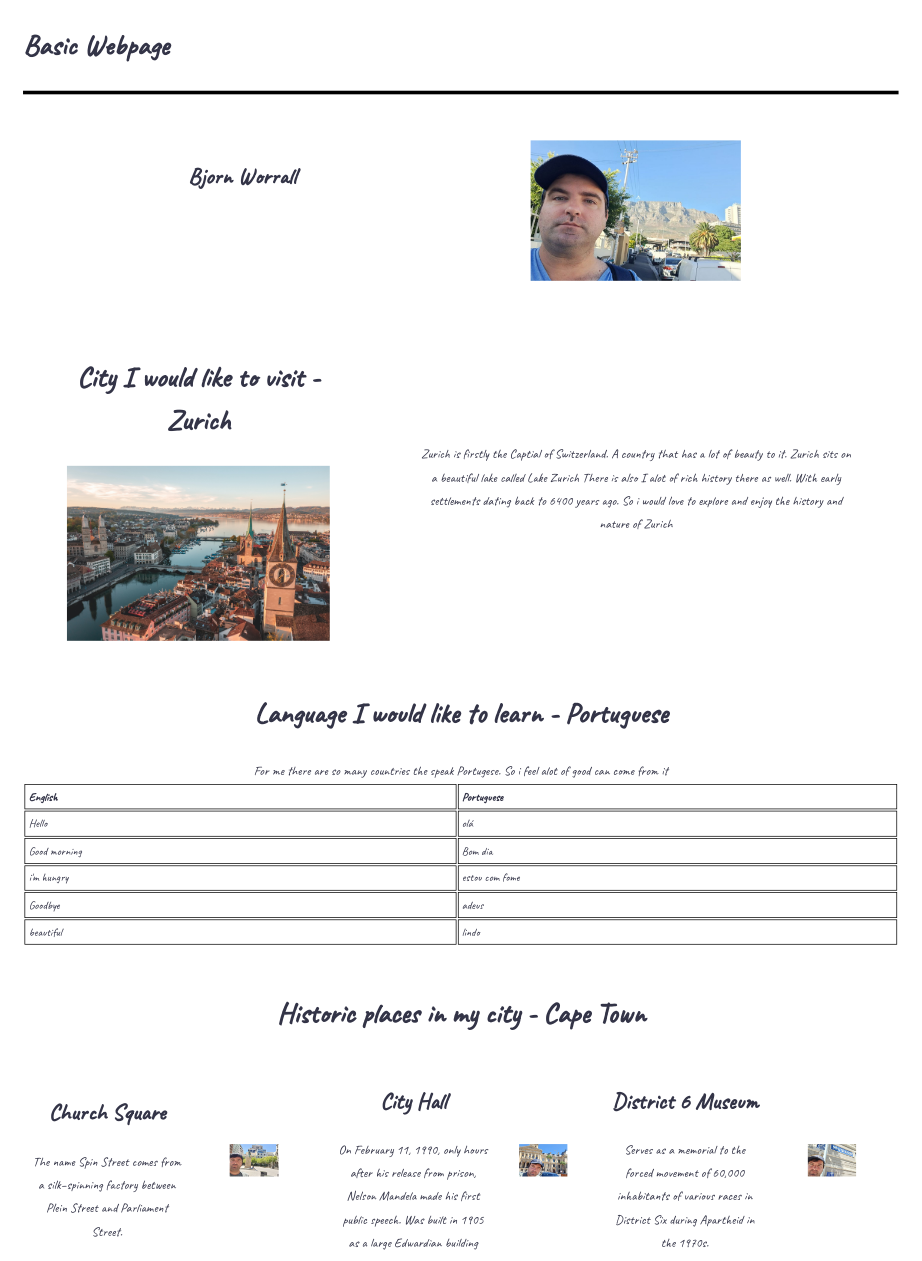
Repository: lasity34/basic-webpage
Page: my - webpage.html
These files come from the project's save history. The page is drawn as it stood at one moment and after the next save; the edit follows.
The browser window is 1280 px wide. The pictures show the whole page, at 72% of full size.

Above is the page before, as saved 2023-03-06 19:08:57.

After the next save:
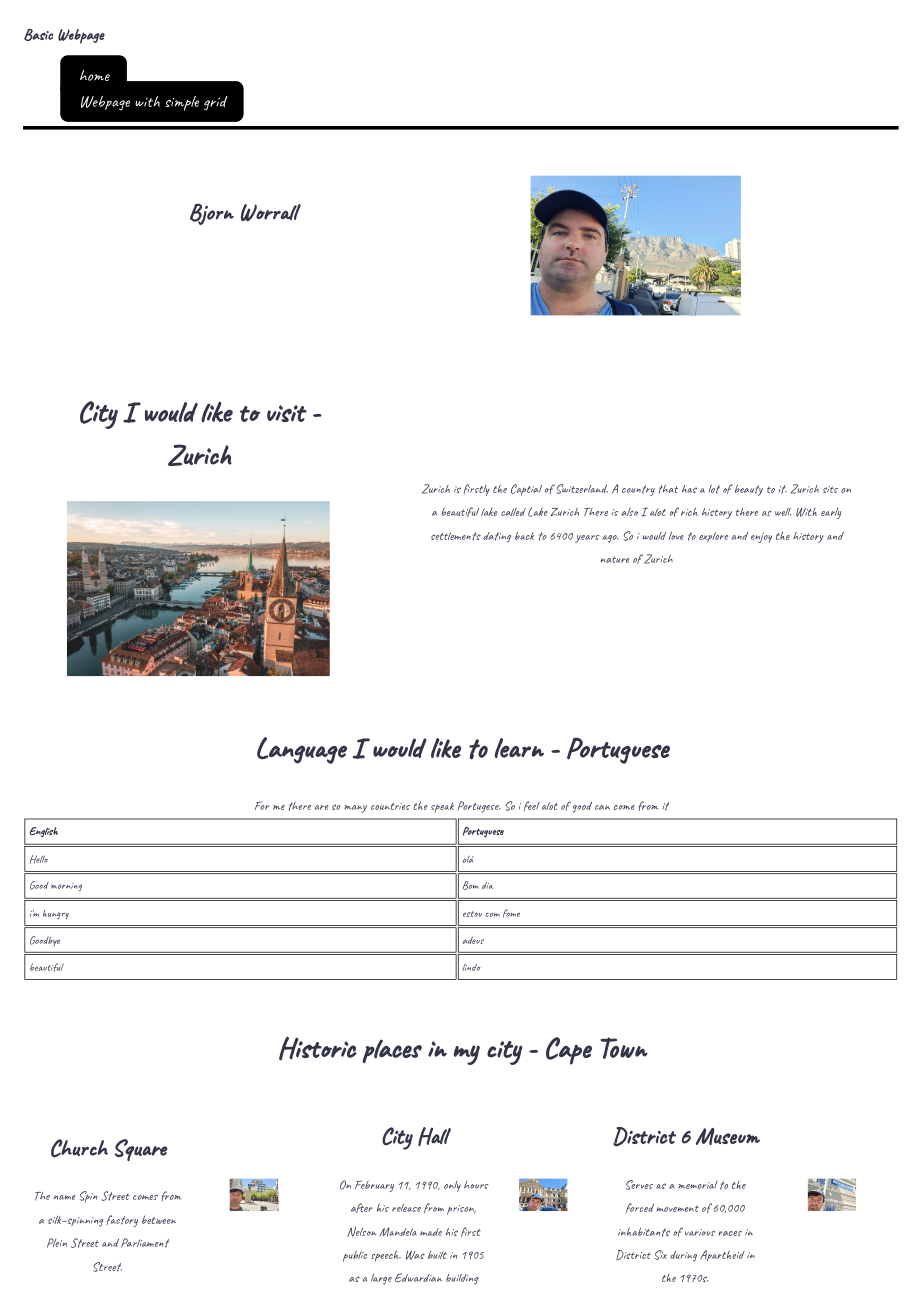
Saved 2 min 3 s later.
--- a/my - webpage.html
+++ b/my - webpage.html
@@ -19,7 +19,11 @@
     <main>
       <header>
         <nav id="nav_profile">
-          <h1>Basic Webpage</h1>
+          <h3>Basic Webpage</h3>
+          <ul>
+            <li><a>home</a></li>
+            <li><a>Webpage with simple grid</a></li>
+          </ul>
         </nav>
       </header>
       <section id="profile_section">
